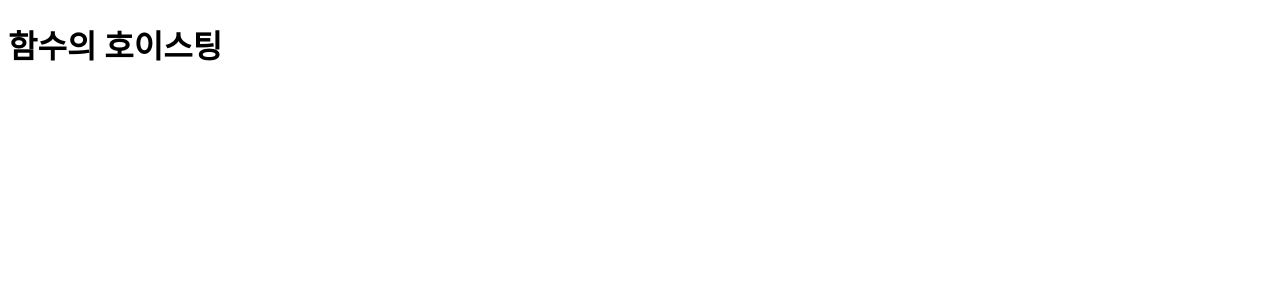
Repository: wishinghyun/multicampus
Page: webwork/clientweb/WebContent/js_basic/js_function_hoisting_test.html
An editor plug-in stored every save of this project. The page is shown before and after the next save, followed by the edit.
The browser window is 1280 px wide. The pictures show the whole page.

Above is the page before, as saved 2020-01-09 07:25:17.

After the next save:
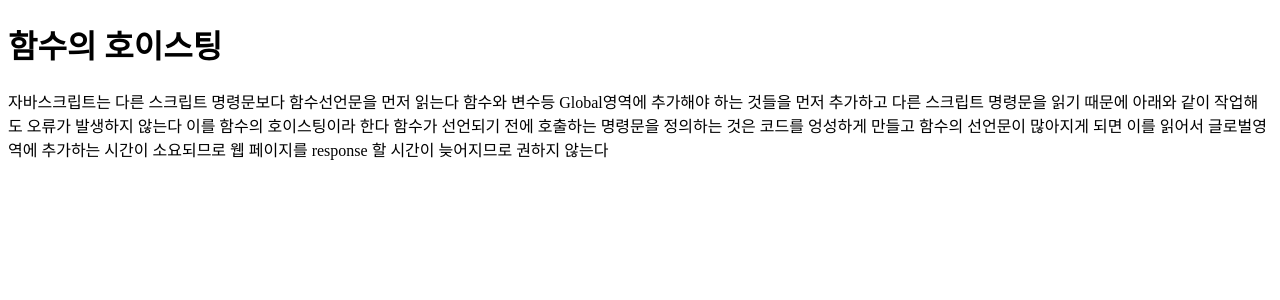
Saved 3 min 30 s later.
--- a/webwork/clientweb/WebContent/js_basic/js_function_hoisting_test.html
+++ b/webwork/clientweb/WebContent/js_basic/js_function_hoisting_test.html
@@ -6,6 +6,15 @@
 </head>
 <body>
 	<h1>함수의 호이스팅</h1>
+	<p>
+		자바스크립트는 다른 스크립트 명령문보다 함수선언문을 먼저 읽는다
+		함수와 변수등 Global영역에 추가해야 하는 것들을 먼저 추가하고
+		다른 스크립트 명령문을 읽기 때문에 아래와 같이 작업해도 오류가 발생하지 않는다
+		이를 함수의 호이스팅이라 한다
+		함수가 선언되기 전에 호출하는 명령문을 정의하는 것은 코드를 엉성하게 만들고
+		함수의 선언문이 많아지게 되면 이를 읽어서 글로벌영역에 추가하는 시간이 소요되므로
+		웹 페이지를 response 할 시간이 늦어지므로 권하지 않는다
+	</p>
 	<script type="text/javascript">
 		test(90)
 		function test(num) {
